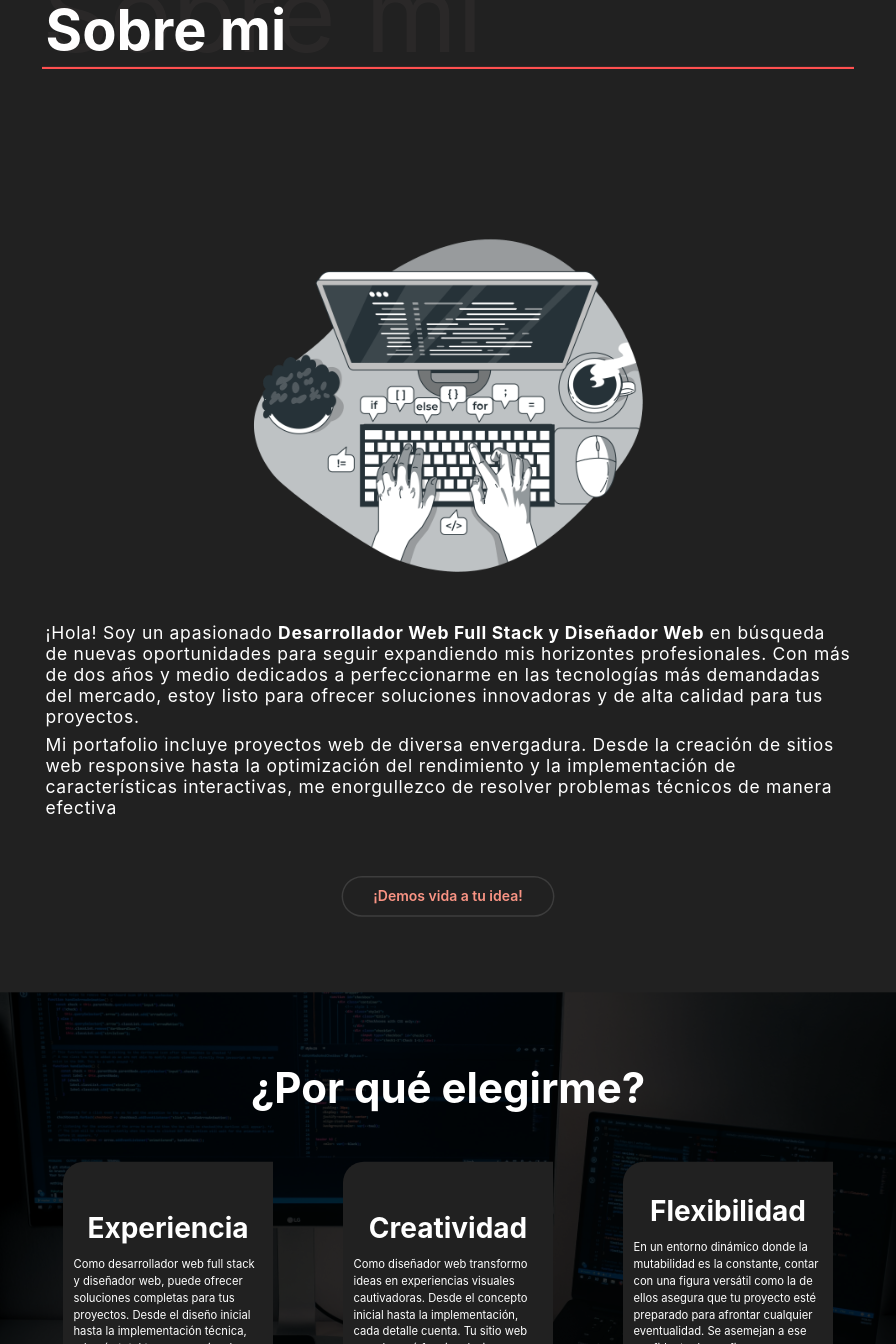
Repository: DamianBermudez94/DB-Porfolio
Page: /
An editor plug-in stored every save of this project. The page is shown before and after the next save, followed by the edit.
The browser window is 1280 px wide. The pictures show the part of the page from y = 822 to 2742 px (the page is 3240 px tall before and 3149 px after), at 70% of full size.
Backgrounds fixed to the window are drawn as part of the page. Some web libraries are served in a nearby version. The project was rebuilt for these pictures with package versions that can differ from the ones it lists, and the page was loaded fresh each time. Also part of the build but not shown: vite.config.js, src/components/Servicios/styles.css, src/components/Servicios/Service.jsx, src/pages/Servicios.jsx, src/components/Conocimientos/styles.css, src/components/Conocimientos/Conocimientos.jsx, src/pages/AcerdaDe.jsx, src/components/Contacto/styles.css and 7 more.

Above is the page before, as saved 2024-04-01 21:29:32.

### index.html
<!DOCTYPE html>
<html lang="es">
  <head>
    <meta charset="utf-8" />
    <meta name="viewport" content="width=device-width, initial-scale=1" />
    <meta name="geo.position" content="-35.1853171; -59.1479442" />
    <link
      rel="icon"
      type="image/png"
      sizes="32x32"
      href="./public/image/icons-favicon-DB.png"
    />
    <link
      rel="apple-touch-icon"
      type="image/png"
      sizes="32x32"
      href="./public/image/icons-favicon-DB.png"
    />

    <link rel="manifest" href="./src/manifiesto.json" />
    <title>Damián Bermúdez - Developer</title>
    <meta name="author" content="Damián Bermúdez" />
    <meta
      name="description"
      content="Desarrollador Web Full Stack - Diseñador Web - Paginás Web - Damián Bermúdez"
    />
    <meta name="theme-color" content="#000000" />
    <!--Estilos-->
    <script
      src="https://kit.fontawesome.com/bdbed0aafa.js"
      crossorigin="anonymous"
    ></script>
    <link rel="preconnect" href="https://fonts.gstatic.com" />
    <link rel="preconnect" href="https://fonts.gstatic.com" />
    <link rel="preconnect" href="https://fonts.gstatic.com" />
    <link rel="preconnect" href="https://fonts.gstatic.com" />
    <link
      href="https://fonts.googleapis.com/css2?family=Raleway:wght@200;300&family=Roboto:wght@100;300&display=swap"
      rel="stylesheet"
    />
  </head>
  <body>
    <div id="root"></div>
    <script type="module" defer src="/src/main.jsx"></script>
  </body>
</html>

### src/main.jsx
import ReactDOM from "react-dom/client";

import App from "./App";
import "./index.css";
const root = ReactDOM.createRoot(document.getElementById("root"));
root.render(<App />);

### src/App.jsx
import { useState, useEffect } from "react";
import { MisRutas } from "./routers/MisRutas";
import { BrowserRouter } from "react-router-dom";
import backgroundImage from "../public/image/banner-parallax2.jpg";
import "./App.css";
function App() {
  const [scrollPosition, setScrollPosition] = useState(0);

  useEffect(() => {
    const handleScroll = () => {
      setScrollPosition(window.pageYOffset);
    };

    window.addEventListener("scroll", handleScroll);

    return () => {
      window.removeEventListener("scroll", handleScroll);
    };
  }, []);

  return (
    <main className="content-main parallax-container">
      <div
        className="parallax-background"
        style={{
          backgroundImage: `url(${backgroundImage})`,
          backgroundPositionY: scrollPosition / 2 + "px",
        }}
      />
      <div className="parallax-content">
        <BrowserRouter>
          <MisRutas />
        </BrowserRouter>
      </div>
    </main>
  );
}

export default App;

### src/index.css
* {
  margin: 0;
  padding: 0;
  box-sizing: border-box;
}
body {
  font-family: -apple-system, BlinkMacSystemFont, "Segoe UI", "Roboto", "Oxygen",
    "Ubuntu", "Cantarell", "Fira Sans", "Droid Sans", "Helvetica Neue",
    sans-serif;
  -webkit-font-smoothing: antialiased;
  -moz-osx-font-smoothing: grayscale;
}

### src/routers/MisRutas.jsx
import {Routes, Route } from "react-router-dom";

import { Inicio } from "../pages/Inicio";
import { Servicios } from "../pages/Servicios";
import { AcerdaDe } from "../pages/AcerdaDe";
import { Contacto } from "../pages/contacto";
import { Proyectos } from "../pages/Proyecto";
import { Error } from "../components/Error";
import { NavHeader } from "../components/header/NavHeader";
import { Footer } from "../components/Footer/Footer";

export const MisRutas = () => {
  return (
    <div className="layout">
      {/*Header y navegacion*/}
      <NavHeader />
      {/*Contenido general*/}

      <Routes>
        <Route path="/" element={<Inicio />} />
        <Route path="/inicio" element={<Inicio />} />
        <Route path="/servicios" element={<Servicios />} />
        <Route path="/conocimientos" element={<AcerdaDe />} />
        <Route path="/contacto" element={<Contacto />} />
        <Route path="/proyecto" element={<Proyectos />} />
        <Route path="*" element={<Error />} />
      </Routes>

      {/* Footer*/}
      <Footer />
    </div>
  );
};

### src/App.css
.parallax-container {
  position: relative;
  overflow: hidden;
  color: #fff;


}
.parallax-background {
  position: absolute;
  top: 0;
  left: 0;
  width: 100%;
  height: 100%;
  background-size: cover;
  background-position: center;
  background-attachment: fixed;

}
.parallax-content {
 /* Agregamos una transición para suavizar la animación */
  padding-top: 150px;
  background-color: rgba(0, 0, 0, 0.8);
  position: relative;
  z-index: 1; /* Asegura que el contenido esté sobre la imagen de fondo */
}

### src/pages/Inicio.jsx
import { Home } from "../components/Home/Home";
export const Inicio = () => {
  return (
    <section>
      <Home />
    </section>
  );
};

### src/components/Footer/Footer.jsx

import './Footer.css'
export const Footer = () => {
  return (
    <footer className="footer">
      <div className="contenedor-footer container">
          <div className="footer-redes__sociales">
              <a href="https://www.facebook.com" className="link-redes_sociales" ><i className="fab fa-facebook facebook"></i></a>
              <a href="https://www.instagram.com" className="link-redes_sociales" ><i className="fab fa-instagram instagran"></i></a>
              <a href="https://www.linkedin.com" className="link-redes_sociales" ><i className="fab fa-linkedin linkedin"></i></a>
              <a href="https:/www.github.com" className="link-redes_sociales" ><i className="fab fa-github-square github"></i></a>
          </div>
          <hr className='footer-linea__separacion' />
          <div className="footer-text">
              <p className="title-copy">Hecho por<a className="title-footer" href="https://damianbermudezdev.es/">DB|WEB</a></p>
          </div>
      </div>
    </footer>
  )
}

### src/components/header/NavHeader.css
.header {
  height: 80px;
  width: 100%;
  max-width: 1200px;
  display: flex;
  justify-content: space-around;
  align-items: center;
  position: fixed;
  top: 0;
  right: 0;
  left: 0;
  z-index: 1000;
  padding: 50px 20px;
margin: 0 auto;
  transition: background-color 0.5s ease;
}

/* Cambiar el fondo al hacer scroll */
.header.scrolled {
  background-color: rgba(83, 83, 83, 0.9);
  border-radius: 10px;
  display: flex;
  justify-content: center;
  align-items: center;
  position: fixed;

  margin: 0 auto;
}

.nav-content {
  width: 90%;
  height: 80px;
  margin: 0 auto;
  display: flex;
  justify-content: space-around;
  padding: 5px;
  align-items: center;
}
.header .logo img {
  width: 150px;
  height: 100px;
  object-fit: cover;
}

.header nav ul {
  display: flex;
  justify-content: center;
  align-items: center;
  list-style: none;
}
.header li {
  text-decoration: none;
  text-transform: uppercase;
  font-size: 17px;
  font-weight: bold;
  margin: 15px;
}
.header li a {
  text-decoration: none;
  transition: all 300ms;
  color: #f1f1f1;
}
.header .active,
.header a:hover {
  color: rgb(255, 80, 80);
}

.header .btn-menu {
  display: none;
}
@media screen and (max-width: 960px) {
  .header {
    max-width: 900px;
  }

  .header .logo img {
    width: 200px;
    height: 150px;
  }

  .menu {
    list-style-type: none;
    margin: 0;
    padding: 0;
    transform: translateY(-100%);
    transition: transform 0.5s ease-in-out;
    position: fixed;
    top: 150px;
    left: 0%;
    width: 100%;
    height: 100vh;
    width: 100%;
    display: flex;
    flex-direction: column;
    align-items: center;
    justify-content: center;
    height: 0;
    overflow: hidden;
    background-color: rgba(255, 255, 255, 0);
    backdrop-filter: blur(19px);
  }

  .menu.active {
    transform: translateY(0);
    width: 100%;
    height: 100vh;
    bottom: 10px;
    display: block;
    margin: 0 auto;
  }

  .menu ul {
    flex-direction: column;
    align-items: center;
    justify-content: center;
  }

  .menu li {
    width: 100%;
    margin: 10px auto;
    border-bottom: 1px solid rgb(255, 1, 1);
    margin: 10px 0;
    transform: translateY(-50px);
    opacity: 0;
    transition: transform 0.5s ease, opacity 0.5s ease;
  }
  .menu.active li {
    transform: translateY(0);
    opacity: 1;
    padding: 10px;
  }
  .menu a {
    text-decoration: none;
    color: #fff;
    font-size: 20px;
    transition: color 0.3s;
  }
  .menu a:hover {
    color: #ffd700;
  }
}
@media screen and (max-width: 480px) {
  .header {
    padding: 50px;

  }
  .header .logo img {
    width: 150px;
    height: 100px;
  }
}

### src/components/header/burgerButton.jsx
/* eslint-disable react/prop-types */

import styled from "styled-components";

function BurguerButton(props) {
  return (
    <Burguer>
      <div
        onClick={props.handleClick}
        className={`btn-menu nav-icon-5 ${props.clicked ? "open" : ""}`}
      >
        <span></span>
        <span></span>
        <span></span>
      </div>
    </Burguer>
  );
}

export default BurguerButton;

const Burguer = styled.div`
  /* nav-icon-5 */
  .nav-icon-5 {
    width: 35px;
    height: 30px;
    position: relative;
    cursor: pointer;
    display: flex;
    margin: 25px auto;
  }
  .nav-icon-5 span {
    background-color: #fff;
    position: absolute;
    border-radius: 2px;
    transition: 0.3s cubic-bezier(0.8, 0.5, 0.2, 1.4);
    width: 100%;
    height: 4px;
    transition-duration: 500ms;
  }
  .nav-icon-5 span:nth-child(1) {
    top: 0px;
    left: 0px;
  }
  .nav-icon-5 span:nth-child(2) {
    top: 13px;
    left: 0px;
    opacity: 1;
  }
  .nav-icon-5 span:nth-child(3) {
    bottom: 0px;
    left: 0px;
  }
  .nav-icon-5:not(.open):hover span:nth-child(1) {
    transform: rotate(-3deg) scaleY(1.1);
  }
  .nav-icon-5:not(.open):hover span:nth-child(2) {
    transform: rotate(3deg) scaleY(1.1);
  }
  .nav-icon-5:not(.open):hover span:nth-child(3) {
    transform: rotate(-4deg) scaleY(1.1);
  }
  .nav-icon-5.open span:nth-child(1) {
    transform: rotate(45deg);
    top: 13px;
  }
  .nav-icon-5.open span:nth-child(2) {
    opacity: 0;
  }
  .nav-icon-5.open span:nth-child(3) {
    transform: rotate(-45deg);
    top: 13px;
  }
  @media screen and (min-width: 960px) {
    .btn-menu {
      display: none;
    }
  }
`;

### src/components/Footer/Footer.css
.footer {
  min-height: 120px;
  line-height: 7px;
  text-align: center;
  font-size: 22px;
  padding: 45px;
  background-color: #212121;
}

.contenedor-footer {
  display: flex;
  flex-direction: column;
  justify-content: center;
  align-content: center;
  margin: 0 auto;
  padding: 20px;
}
.footer-text {
  display: flex;
  justify-content: center;
  align-items: center;
  padding: 10px;
  margin-top: 20px;
}
.title-copy {
  text-align: center;
  font-size: 26px;
  font-weight: 300;
}
.title-footer {
  text-decoration: none;
  color: rgb(252, 136, 136);
  margin-left: 5px;
}
.footer-linea__separacion{
  height: 1px;
  width: 100%;
  max-width: 700px;
  margin: 0 auto;


}
body.dark .title-copy {
  color: #f1f1f1;
}

.footer-redes__sociales {
  display: flex;
  justify-content: center;
  align-items: center;
  text-align: center;
  margin-bottom: 10px;
}
.link-redes_sociales {
  text-decoration: none;
  width: 50px;
  height: 50px;
  margin: 10px;
  color: rgb(255, 255, 255);
  background-color: rgb(28, 28, 28);
  border-radius: 10px;
  text-align: center;
  position: relative;
  transition: transform 0.4s;
  font-size: 26px;
  padding: 4px;
}
.link-redes_sociales:hover {
  transform: rotate(45deg);
}
.link-redes_sociales::before {
  content: "";
  position: absolute;
  width: 100%;
  height: 100%;
  opacity: 0;
  background-color: #373737;
  border-radius: 10px;
  transition: opacity 0.2s;
}
.link-redes_sociales:hover::before {
  opacity: 0.4;
}
.link-redes_sociales:nth-child(1)::before {
  background-color: rgb(255, 80, 80);
}
.link-redes_sociales:nth-child(2)::before {
  background-color: rgb(255, 80, 80);
}
.link-redes_sociales:nth-child(3)::before {
  background-color: rgb(255, 80, 80);
}
.link-redes_sociales:nth-child(4)::before {
  background-color: rgb(255, 80, 80);
}

.link-redes_sociales:hover::before {
  transform: translate(-4px, -4px);
  filter: blur(10px);
}

.link-redes_sociales i {
  font-size: 1.7em;
  transition: all 0.4s;
}
.link-redes_sociales:hover i {
  color: #f1f1f1;
  transform: rotate(-45deg);
}

body.dark .redes-sociales i {
  color: #f1f1f1;
}

### src/components/TextoCustom/CustomText.jsx
/* eslint-disable react/prop-types */
import  { useState, useEffect } from 'react';
import './styles.css';

const CustomText = ({ words, typingDelay = 200, changingDelay = 3000 }) => {
  const [index, setIndex] = useState(0);
  const [subIndex, setSubIndex] = useState(0);
  const [reverse, setReverse] = useState(false);

  // Efecto para manejar la escritura y eliminación de las palabras
  useEffect(() => {
    if (subIndex === words[index].length + 1 && !reverse) {
      setReverse(true);
      return;
    }

    if (subIndex === 0 && reverse) {
      setReverse(false);
      setIndex((prev) => (prev + 1) % words.length);
      return;
    }

    const timeout = setTimeout(() => {
      setSubIndex((prev) => prev + (reverse ? -1 : 1));
    }, typingDelay);

    return () => clearTimeout(timeout);
  }, [subIndex, index, reverse]);

  // Efecto para cambiar la palabra después de un cierto tiempo
  useEffect(() => {
    if (!reverse) {
      return;
    }

    const timeout = setTimeout(() => {
      setReverse(false);
      setIndex((prev) => (prev + 1) % words.length);
    }, changingDelay);

    return () => clearTimeout(timeout);
  }, [reverse]);

  return (
    <div className="typewriter">
      <span>{`${words[index].substring(0, subIndex)}${reverse ? '.' : ' '}`}</span>
    </div>
  );
};

export default CustomText;

### src/components/Home/styles.css
/**Estilos Home- Principal**/

.home-welcome {
  width: 100%;
  height: 600px;
  display: flex;
  flex-direction: column;
  justify-content: space-around;
  align-items: center;
  padding: 20px;
}
.container-home {
  width: 100%;
}
.container-home img {
  display: flex;
  justify-content: center;
  width: 250px;
  height: 250px;
  padding: 5px;
  margin: 0 auto;
  position: relative;
  border: solid 5px transparent;
}
.container-home figure {
  display: flex;
  justify-content: center;
  width: 250px;
  height: 250px;
  padding: 5px;
  margin: 0 auto;
  position: relative;
  border: 5px solid;
  border-radius: 50%;
  place-content: center;
  place-items: center;
  overflow: hidden;
}
.container-home figure::before {
  content: "";
  position: absolute;
  width: 150px;
  background-image: linear-gradient(360deg, rgb(241, 0, 0), rgb(255, 0, 0));
  height: 130%;
  animation: rotBGimg 3s linear infinite;
  transition: all 0.2s linear;
}

@keyframes rotBGimg {
  from {
    transform: rotate(0deg);
  }

  to {
    transform: rotate(360deg);
  }
}

.container-redes_inicio {
  display: block;
  padding-top: 25px;
  display: flex;
  align-items: center;
  justify-content: center;
}

.btn-cv {
  max-width: 100px;
  text-decoration: none;
  display: flex;
  justify-content: center;
  font-size: 20px;
  cursor: pointer;
  letter-spacing: 1px;
  color: rgb(255, 0, 0);
  background-color: transparent;
  outline: 2px solid rgb(255, 80, 80);
  border: none;
  border-radius: 8px;
  padding: 10px 20px;
  margin-left: 10px;
  position: relative;
  top: 0px;
  overflow: hidden;
  transition: color 1s;
}

.btn-cv:hover {
  color: #ffffff;
  z-index: 1;
}

.btn-cv::before {
  content: "";
  position: absolute;
  top: 0;
  left: -50px;
  width: 250%;
  height: 100%;
  background-color: rgba(255, 85, 85, 0.5);
  border: none;
  outline: 3px solid rgb(0, 0, 0);
  transform: scaleX(0) skewX(35deg);
  transform-origin: left;
  z-index: -1;
  transition: transform 1s;
}

.btn-cv:hover::before {
  transform: scaleX(1) skewX(35deg);
}
.content-proyectos__inicio {
  display: flex;
  justify-content: center;
  align-items: center;
  flex-direction: column;
  padding: 50px;
}

.content-proyectos__inicio h2 {
  margin-bottom: 80px;
  font-size: 40px;
  text-align: center;
}
@media (max-width: 960px) {
  .home .title-welcome .title-custom {
    width: 100%;
  }
  .title-welcome span {
    width: 100%;
  }
}

@media (max-width: 670px) {
  .title-welcome {
    margin-left: 20px;
  }
  .container-redes_inicio {
    padding: 5px;
    margin-left: 0px;
  }
}
@media (max-width: 480px) {
  .title-welcome {
    margin-left: 20px;
  }
  .container-redes_inicio {
    padding: 5px;
    margin-left: 0px;
  }
  .container-redes_inicio {
    flex-wrap: wrap;
  }
}

/**Estilos section Sobre mi**/
.section-me {
  padding: 60px;
  margin: 0 auto;
  display: flex;
  flex-direction: column;
  justify-content: center;
  align-items: center;
  background-color: #212121;
}
.content-title{
  width: 100%;
  height: auto;
  overflow: hidden;
}

.section-me .title-sobre__me {
  margin: 0;
  padding: 5px;
  font-size: 80px;
  color: rgb(255, 255, 255);
  border-bottom: 3px solid rgb(255, 80, 80);
}
.section-me .sub-title {
  position: relative;
  opacity: 0.04;
  font-size: 150px;
  top: -170px;
  right: 0;
  color: rgb(253, 214, 214);
  overflow: hidden;
}
.container-me {
  width: 100%;
  display: grid;
  grid-template-columns: repeat(2, 1fr);

  justify-content: center;
  align-items: center;
  margin: 0 auto;
}
.container-me li {
  list-style: none;
}

.section-me figure {
  margin: 0 auto;
  width: 600px;
}

.container-me img {
  width: 100%;
  max-width: 600px;
  margin: 0 auto;
}
.section-me ul {
  display: grid;
  grid-template-rows: repeat(2, 1fr);
  justify-content: center;
}
.section-me p {
  margin: 0 auto;
  padding: 5px;
  font-size: 25px;
  letter-spacing: 1px;
  overflow: hidden;
}
.section-me ul li span {
  font-size: 80px;
}

.container-me .enlace-contacto {
  width: 300px;
  text-decoration: none;
  color: #fa9484;
  position: relative;
  display: grid;
  grid-column: span 2;
  padding: 15px;
  margin: 50px auto 50px;
  text-align: center;
  opacity: 1;
}

.enlace-contacto {
  position: relative;
  display: inline-block;
  padding: 12px 24px;
  border: none;
  font-size: 16px;
  background-color: inherit;
  border-radius: 100px;
  font-weight: 600;
  color: #ffffff40;
  box-shadow: 0 0 0 2px #ffffff20;
  cursor: pointer;
  overflow: hidden;
  transition: all 0.6s cubic-bezier(0.23, 1, 0.32, 1);
}

.enlace-contacto span:last-child {
  position: absolute;
  top: 50%;
  left: 50%;
  transform: translate(-50%, -50%);
  width: 20px;
  height: 20px;
  background-color: rgb(252, 98, 98);
  border-radius: 50%;
  opacity: 0;
  transition: all 0.8s cubic-bezier(0.23, 1, 0.32, 1);
}

.enlace-contacto span:first-child {
  width: 100%;
  position: relative;
  z-index: 1;
  font-size: 20px;
}

.enlace-contacto:hover {
  box-shadow: 0 0 0 5px #f3212160;
  color: #ffffff;
}

.enlace-contacto:active {
  scale: 0.95;
}

.enlace-contacto:hover span:last-child {
  width: 100%;
  height: 200px;
  opacity: 1;
}

.square {
	position: absolute;
	top: 50%;
	left: 50%;
	transform: translate(-50%, -50%);
	width: 50px;
	height: 50px;
	background: linear-gradient(#f70000, #757575);
	z-index: 2;
}

.circle {
	position: absolute;
	top: 50%;
	left: 50%;
	transform: translate(-50%, -50%);
	width: 50px;
	height: 50px;
	background: #d91c1c;
	border-radius: 50%;
}

.triangle {
	position: absolute;
	top: 50%;
	left: 50%;
	transform: translate(-50%, -50%);
	width: 50px;
	height: 50px;
	background: #f5f5f5;
	clip-path: polygon(50% 0%, 0% 100%, 100% 100%);
	-webkit-clip-path: polygon(50% 0%, 0% 100%, 100% 100%);
}

@media (max-width: 1280px) {
  .section-me div {
    display: block;
  }
}

@media (max-width: 780px) {
  .section-me {
    padding: 20px;
  }
  .section-me ul {
    text-align: center;
  }
  .section-me ul li span {
    font-size: 80px;
  }
  .section-me figure {
    max-width: 300px;
  }
  .section-me img {
    width: 300px;
    height: 300px;
  }
  .section-me .title-sobre__me {
    font-size: 45px;
  }
  .section-me .sub-title {
    font-size: 100px;
    top: -110px;
  }
}
@media (max-width: 480px) {
  .section-me .title-sobre__me {
    margin-top: 50px;
    font-size: 45px;
  }
  .section-me .sub-title {
    font-size: 80px;
    top: -100px;
  }
}

/**--Seccion motivos--**/

.article-section__motivos {
  width: 100%;
  padding: 50px;
  border-radius: 10px;
  margin: 50px auto;
  display: grid;
  grid-template-columns: repeat(3, 1fr);
  gap: 20px;
}

.article-section__motivos h2 {
  grid-column: span 3;
  text-align: center;
  margin-bottom: 50px;
  font-size: 60px;
}

.article-section__motivos article {
  display: flex;
  justify-content: center;
  align-items: center;
  flex-direction: column;
  margin-bottom: 20px;
  width: 300px;
  height: 400px;
  background-color: #212121;
  border-radius: 30px 0px 30px 0px;
  padding: 10px;
  margin: 0 auto;
}

.article-section__motivos h3 {
  font-size: 2.5em;
  margin-bottom: 10px;
  text-align: center;
  font-weight: bold;
}

.article-section__motivos p {
  line-height: 1.5;
  padding: 5px;
}

### src/components/TextoCustom/styles.css
.typewriter span {

    display: flex;
    align-items: center;
    justify-content: center;
    font-size: 35px;
    font-family: monospace;
    overflow: hidden;
    white-space: nowrap;
    padding: 20px;
  }

  .typewriter span:after {
    content: '|';
    animation: blink-caret .75s step-end infinite;
    color: #fa9484;
  }

  @keyframes blink-caret {
    from, to { border-color: transparent }
    50% { border-color: black }
  }

  @media (max-width: 780px) {
    .typewriter span {
       font-size: 30px;
      }
  }
  @media (max-width: 780px) {
    .typewriter span {
       font-size: 20px;
      }
  }

Loaded but not shown: src/components/Home/Home.jsx (147 lines, source omitted); src/components/header/NavHeader.jsx (99 lines, source omitted)

After the next save:
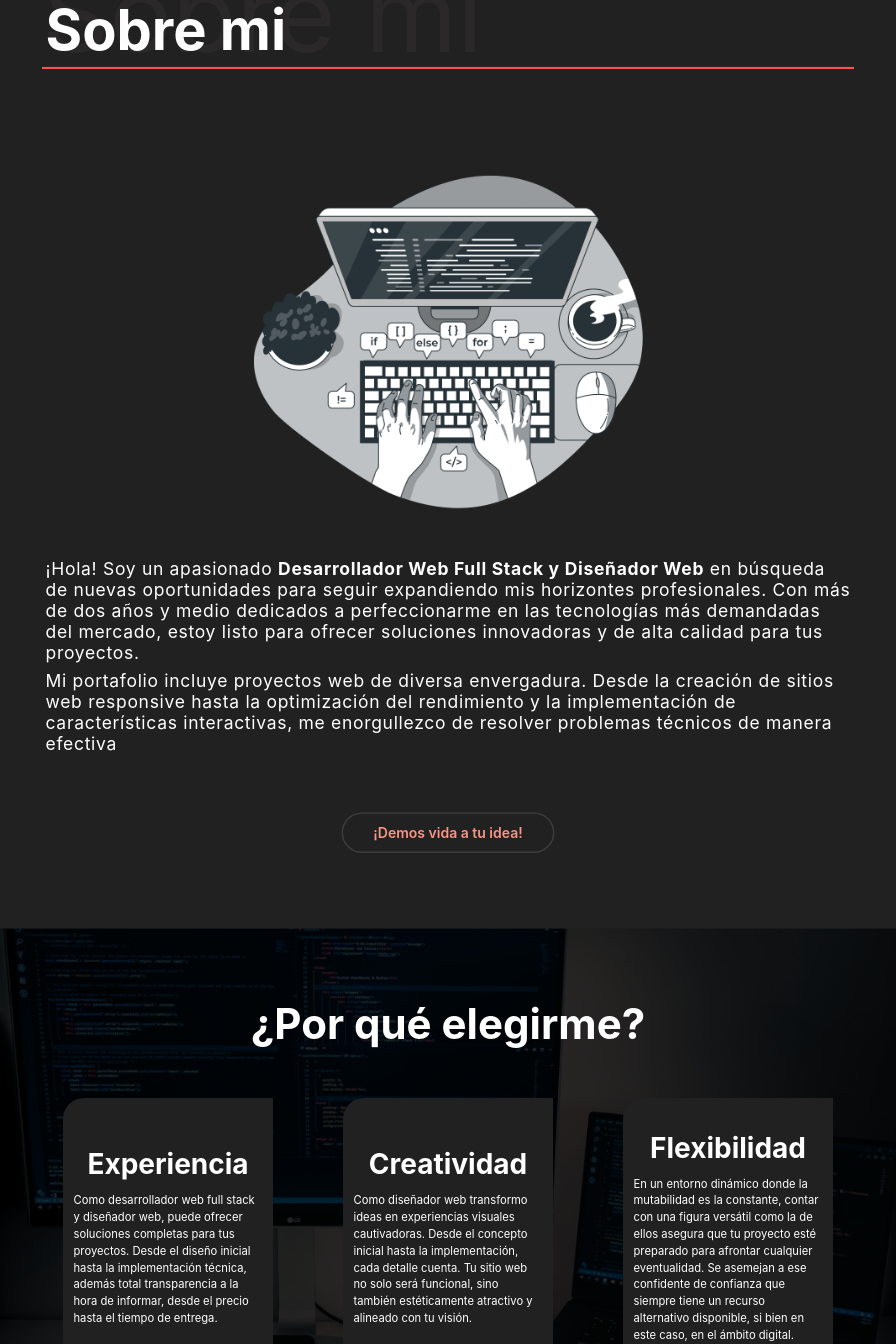
Saved 10 s later.
--- a/src/components/Home/styles.css
+++ b/src/components/Home/styles.css
@@ -165,7 +165,7 @@
 }
 .content-title{
   width: 100%;
-  height: auto;
+  height: 200px;
   overflow: hidden;
 }
 
